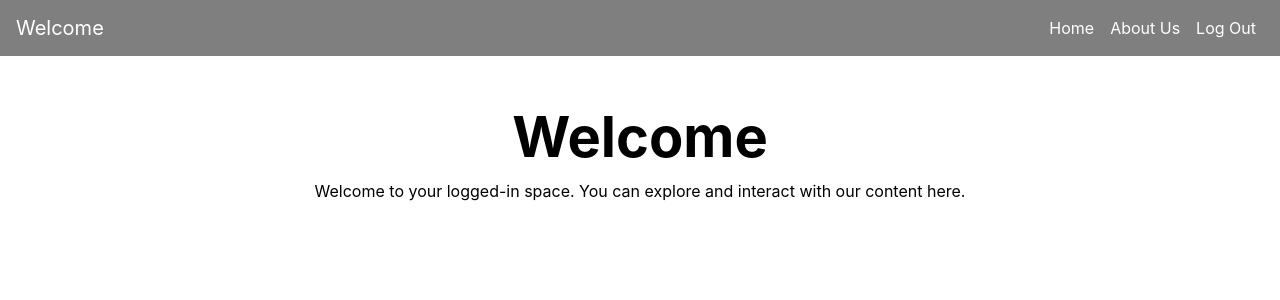
Repository: Shamanth-S/Customer-management
Page: DEMO/src/main/webapp/success.html
These files come from the project's save history. The page is drawn as it stood at one moment and after the next save; the edit follows.
The browser window is 1280 px wide. The pictures show the whole page.

Above is the page before, as saved 2023-08-31 20:40:52.

### DEMO/src/main/webapp/success.html
<!DOCTYPE html>
<html>
<head>
    <title>Logged In</title>
    <link rel="stylesheet" href="https://maxcdn.bootstrapcdn.com/bootstrap/4.5.2/css/bootstrap.min.css">
    <link rel="stylesheet" type="text/css" href="style1.css">
    <style>
        body {
            background-size: cover;
            color: black;
        }
        .navbar {
            background-color: rgba(0, 0, 0, 0.5);
        }
        .navbar-dark .navbar-nav .nav-link {
            color: white;
        }
    </style>
    <script>
        function confirmLogout() {
            var choice = confirm("Are you sure you want to log out?");
            if (choice) {
                window.location.href = "home.html";
            }
        }
    </script>
</head>
<body>
    <nav class="navbar navbar-expand-lg navbar-dark bar">
        <a class="navbar-brand" href="">Welcome</a>
        <button class="navbar-toggler" type="button" data-toggle="collapse" data-target="#navbarNav" aria-controls="navbarNav" aria-expanded="false" aria-label="Toggle navigation">
            <span class="navbar-toggler-icon"></span>
        </button>
        <div class="collapse navbar-collapse" id="navbarNav">
            <ul class="navbar-nav ml-auto">
                <li class="nav-item">
                    <a class="nav-link" href="home.html">Home</a>
                </li>
                <li class="nav-item">
                    <a class="nav-link" href="about.html">About Us</a>
                </li>
                <li class="nav-item">
                    <a class="nav-link" href="#" onclick="confirmLogout();">Log Out</a>
                </li>
            </ul>
        </div>
    </nav>
    <div class="container text-center mt-5">
        <h1 class="display-4 font-weight-bold">Welcome</h1>
        <p>Welcome to your logged-in space. You can explore and interact with our content here.</p>
    </div>

    <script src="https://ajax.googleapis.com/ajax/libs/jquery/3.5.1/jquery.min.js"></script>
    <script src="https://cdnjs.cloudflare.com/ajax/libs/popper.js/1.16.0/umd/popper.min.js"></script>
    <script src="https://maxcdn.bootstrapcdn.com/bootstrap/4.5.2/js/bootstrap.min.js"></script>
</body>
</html>

Loaded but not shown: DEMO/src/main/webapp/style1.css (no copy from this time; the picture is the same without it)

After the next save:
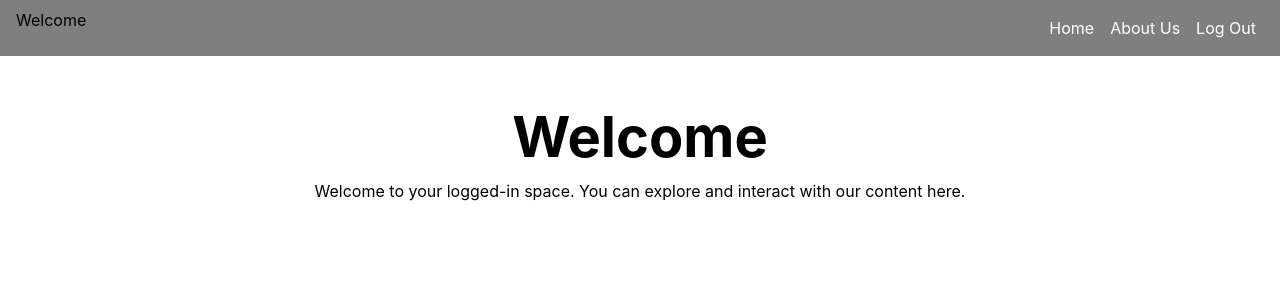
Saved 2 min 39 s later.
--- a/DEMO/src/main/webapp/success.html
+++ b/DEMO/src/main/webapp/success.html
@@ -27,7 +27,7 @@
 </head>
 <body>
     <nav class="navbar navbar-expand-lg navbar-dark bar">
-        <a class="navbar-brand" href="">Welcome</a>
+        <p>Welcome</p>
         <button class="navbar-toggler" type="button" data-toggle="collapse" data-target="#navbarNav" aria-controls="navbarNav" aria-expanded="false" aria-label="Toggle navigation">
             <span class="navbar-toggler-icon"></span>
         </button>
